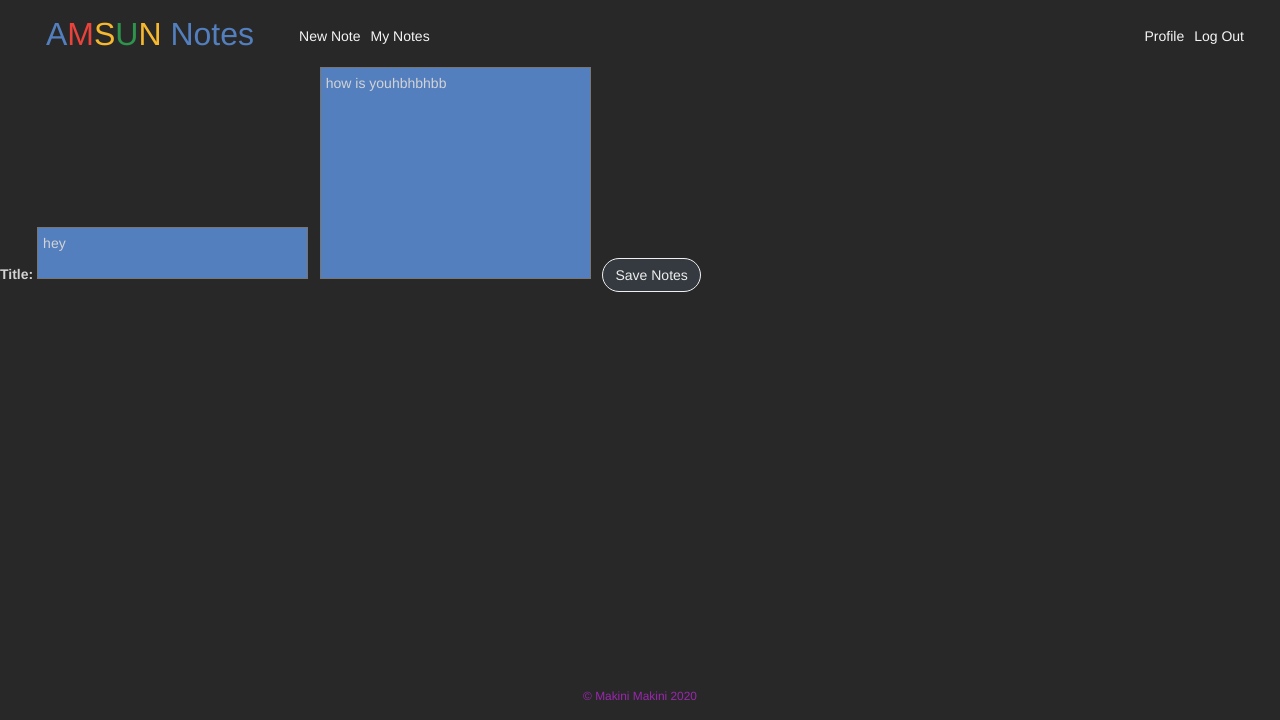
Repository: MakiniMakini/AMSUN-NOTES
Page: http://localhost/22/edit
An editor plug-in stored every save of this project. The page is shown before and after the next save, followed by the edit.
The browser window is 1280 px wide. The pictures show the whole page.
Some web fonts or font styles are not loaded; a fallback is used. The page is served by the project's application, run on Flask 3 (application.py). The session is filled in as if someone had signed in: {"user_id": 1}. The page reads the database file committed with the project.

Above is the page before, as saved 2020-12-25 13:08:09.

After the next save:
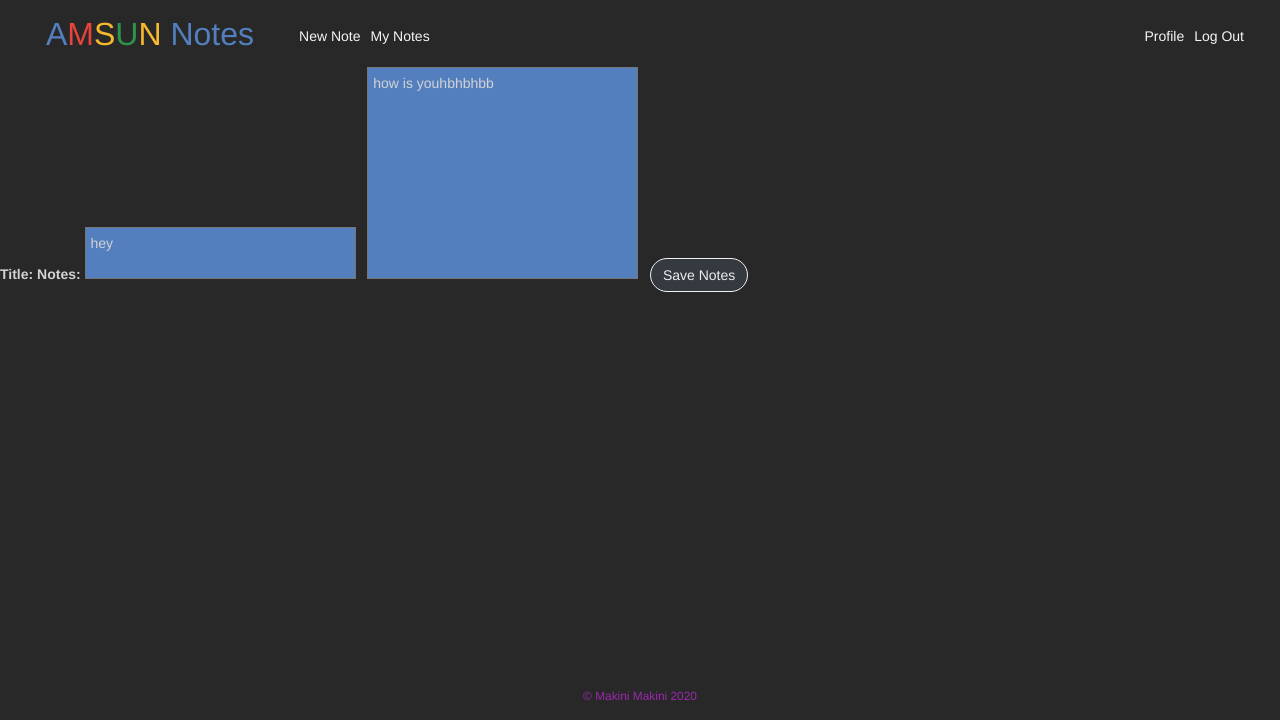
Saved 28 s later.
--- a/templates/edit.html
+++ b/templates/edit.html
@@ -12,7 +12,9 @@
             {% for item in notes %}
 
             <form action="/{{item[0]}}/edit" method="POST">
-             <label for="title">Title:</label>  <textarea name="title" id="" cols="30" rows="2" placeholder="title" type="text" >{{item[1]}}</textarea> &nbsp; <textarea name="notes" id="" cols="30" rows="10" placeholder="notes" type="text">{{item[2]}}</textarea> &nbsp;
+             <label for="title">Title:</label>
+             <label for="notes">Notes:</label>
+             <textarea name="title" id="" cols="30" rows="2" placeholder="title" type="text" >{{item[1]}}</textarea> &nbsp; <textarea name="notes" id="" cols="30" rows="10" placeholder="notes" type="text">{{item[2]}}</textarea> &nbsp;
               <button class="btn btn-primary bg-dark" type="submit">Save Notes</button>
             </form>
 
